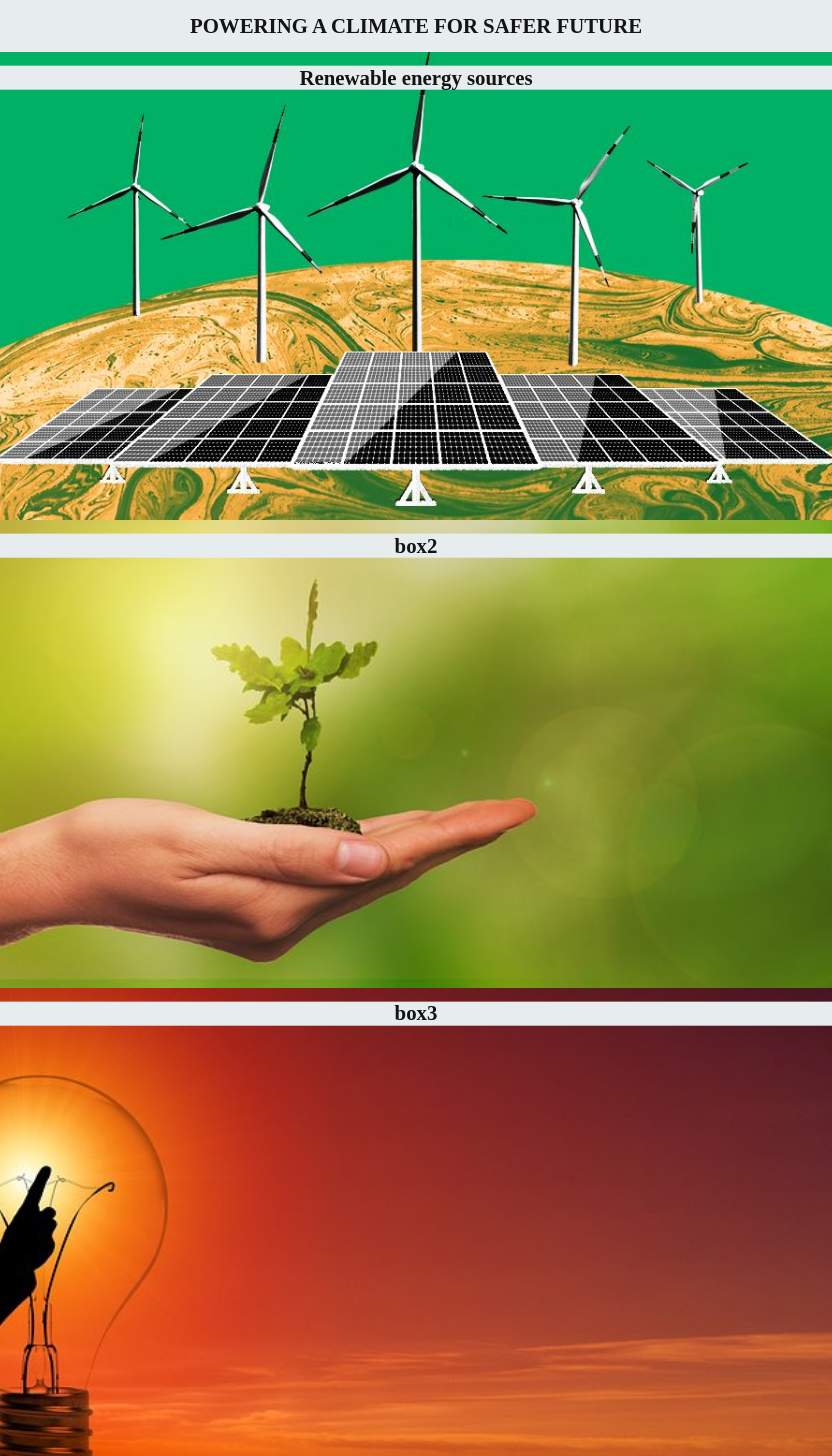
Repository: NavinDayanithi/static-web-design-competition
Page: index.html
These files come from the project's save history. The page is drawn as it stood at one moment and after a run of saves; the edit follows.
The browser window is 1280 px wide. The pictures show the whole page, at 65% of full size.
Backgrounds fixed to the window are drawn as part of the page.

Above is the page before, as saved 2023-04-28 19:44:57.

After the next 6 saves:
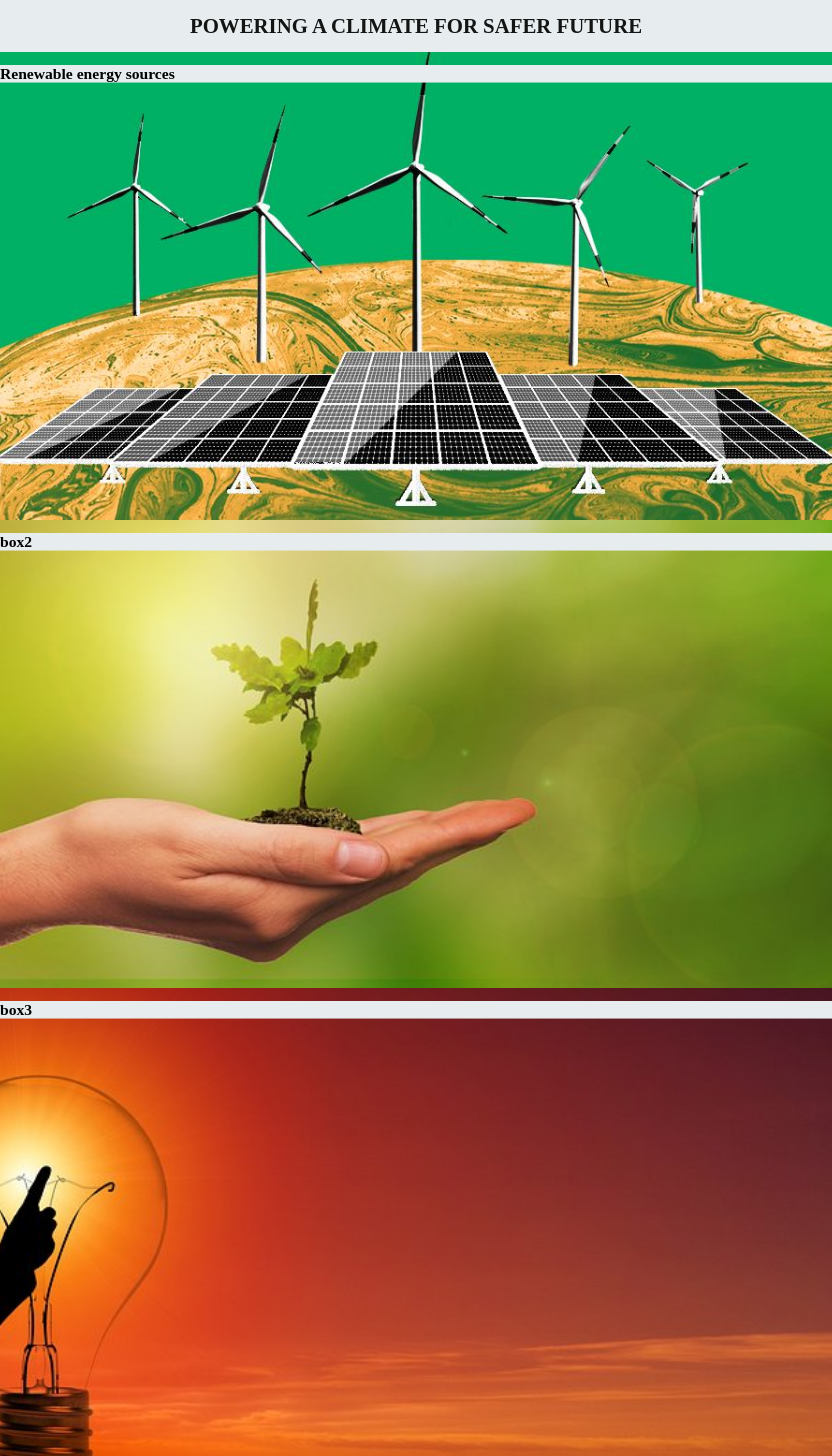
The 6 saves are shown as one change because they came seconds apart.
The last was saved 3 min 10 s later.
--- a/index.html
+++ b/index.html
@@ -7,13 +7,13 @@
 <body>
     <h1 >POWERING A CLIMATE FOR SAFER FUTURE</h1>
     <div class="box1">
-        <h1>Renewable energy sources</h1>
+        <h2>Renewable energy sources</h2>
     </div>
     <div class="box2">
-        <h1>box2</h1>
+        <h2>box2</h2>
     </div>
     <div class="box3">
-        <h1>box3</h1>
+        <h2>box3</h2>
     </div>
 </body>
 </html>
